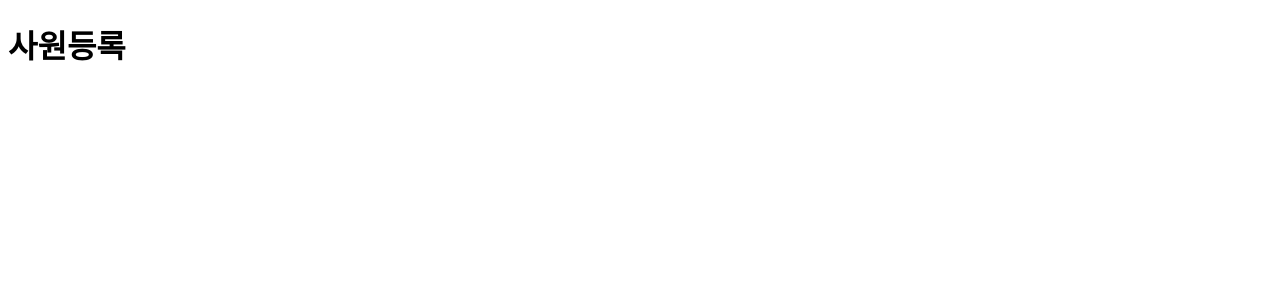
Repository: SeYoung1012/Bitcamp
Page: http://localhost/04_JDBC/guest/addForm.jsp
An editor plug-in stored every save of this project. The page is shown before and after the next save, followed by the edit.
The browser window is 1280 px wide. The pictures show the whole page.
The page is served by Tomcat 9.

Above is the page before, as saved 2021-09-28 03:52:14.

After the next save:
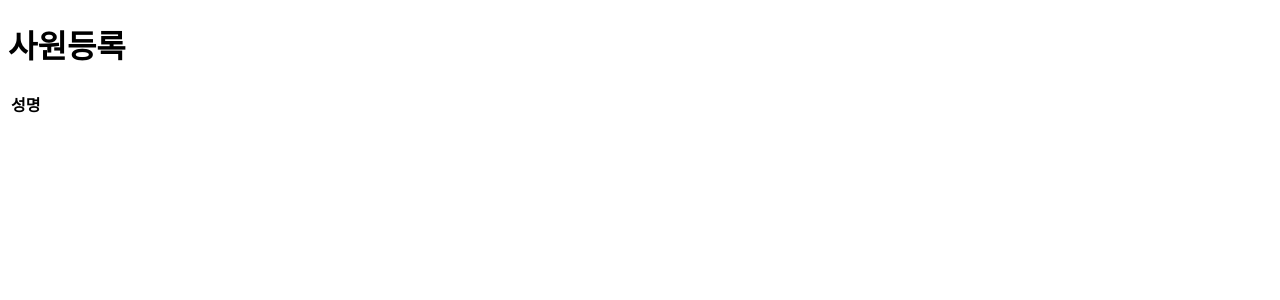
Saved 30 s later.
--- a/60_web/04_JDBC/WebContent/guest/addForm.jsp
+++ b/60_web/04_JDBC/WebContent/guest/addForm.jsp
@@ -9,7 +9,14 @@
 <body>
 	<h1> 사원등록</h1>
 	<form action="insert.jsp">
+		<table>
+			<tr>
+				<th> 성명</th>
 
+			</tr>
+
+
+		</table>
 
 
 	</form>
